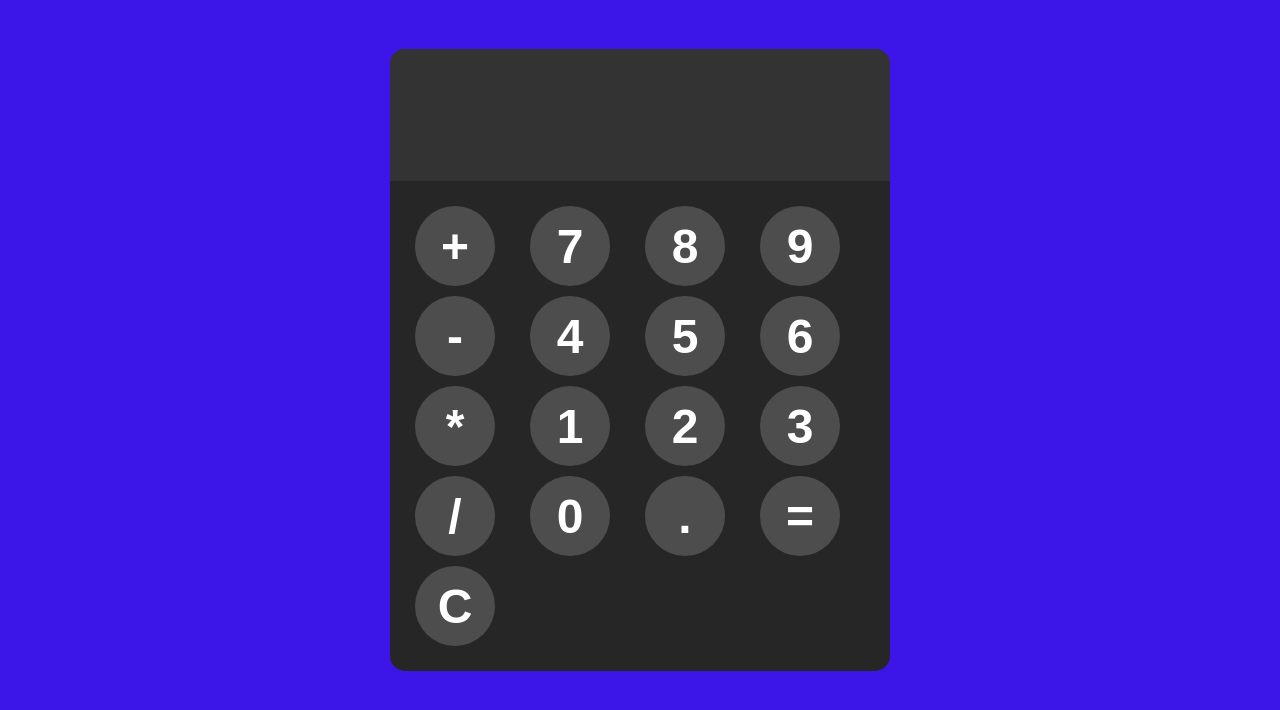
Repository: Haakim19/JavaScript
Page: Calculater/Main.html
These files come from the project's save history. The page is drawn as it stood at one moment and after the next save; the edit follows.
The browser window is 1280 px wide. The pictures show the whole page.

Above is the page before, as saved 2024-10-22 21:51:34.

### Calculater/Main.html
<!DOCTYPE html>
<html lang="en">
<head>
    <meta charset="UTF-8">
    <meta name="viewport" content="width=device-width, initial-scale=1.0">
    <title>Calculator</title>
    <link rel="stylesheet" href="Main.css">
</head>
<body>
    <div class="calculator">
        <input id= "display" readonly>
        <div class="keys">
            <button onclick="appentToDisplay('+')">+</button>
            <button onclick="appentToDisplay('7')">7</button>
            <button onclick="appentToDisplay('8')">8</button>
            <button onclick="appentToDisplay('9')">9</button>
            <button onclick="appentToDisplay('-')">-</button>
            <button onclick="appentToDisplay('4')">4</button>
            <button onclick="appentToDisplay('5')">5</button>
            <button onclick="appentToDisplay('6')">6</button>
            <button onclick="appentToDisplay('*')">*</button>
            <button onclick="appentToDisplay('1')">1</button>
            <button onclick="appentToDisplay('2')">2</button>
            <button onclick="appentToDisplay('3')">3</button>
            <button onclick="appentToDisplay('/')">/</button>
            <button onclick="appentToDisplay('0')">0</button>
            <button onclick="appentToDisplay('.')">.</button>
            <button onclick="calculate()">=</button>
            <button onclick="clear">C</button>
        </div>
    </div>

</body>
</html>

### Calculater/Main.css
body{
    margin: 0;
    display: flex;
    justify-content: center;
    align-items: center;
    height: 100vh;
    background-color: hsl(251, 83%, 50%);
}
.calculator{
    font-family:sans-serif;
    background-color: hsl(0, 0%, 15%);
    border-radius: 15px;
    max-width: 500px;
    overflow: hidden;
}
#display{
    width: 100%;
    padding: 20px;
    font-size: 5rem;
    border: none;
    text-align: right;
    color: white;
    background-color: hsl(0, 0%, 20%);

}
.keys{
    display: grid;
    grid-template-columns: repeat(4, 1fr);
    gap: 10px;
    padding: 25px;
}
button{
    width: 80px;
    height: 80px;
    color: white;
    border-radius: 50px;
    border: none;
    font-size: 3rem;
    background-color: hsl(0, 0%, 30%);
    font-weight: bold;
    cursor: pointer;
}

After the next save:
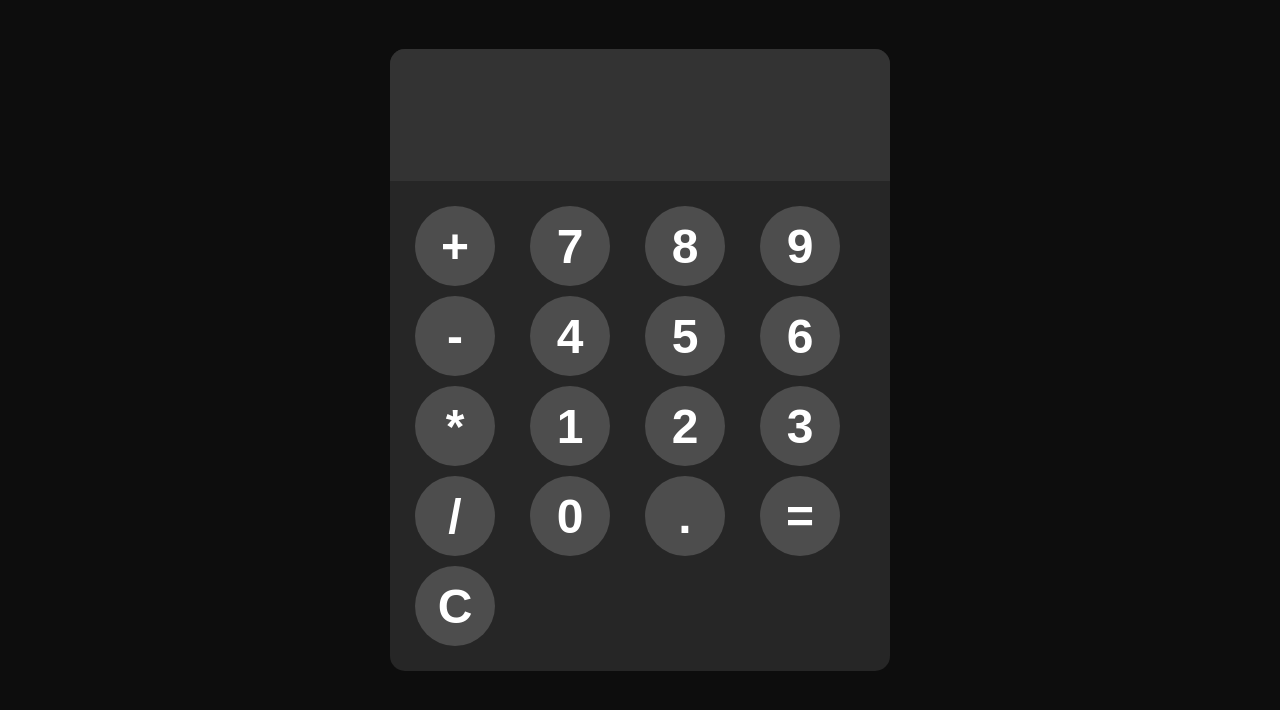
Saved 12 s later.
--- a/Calculater/Main.css
+++ b/Calculater/Main.css
@@ -4,7 +4,7 @@ body{
     justify-content: center;
     align-items: center;
     height: 100vh;
-    background-color: hsl(251, 83%, 50%);
+    background-color: hsl(0,0%, 5%);
 }
 .calculator{
     font-family:sans-serif;
